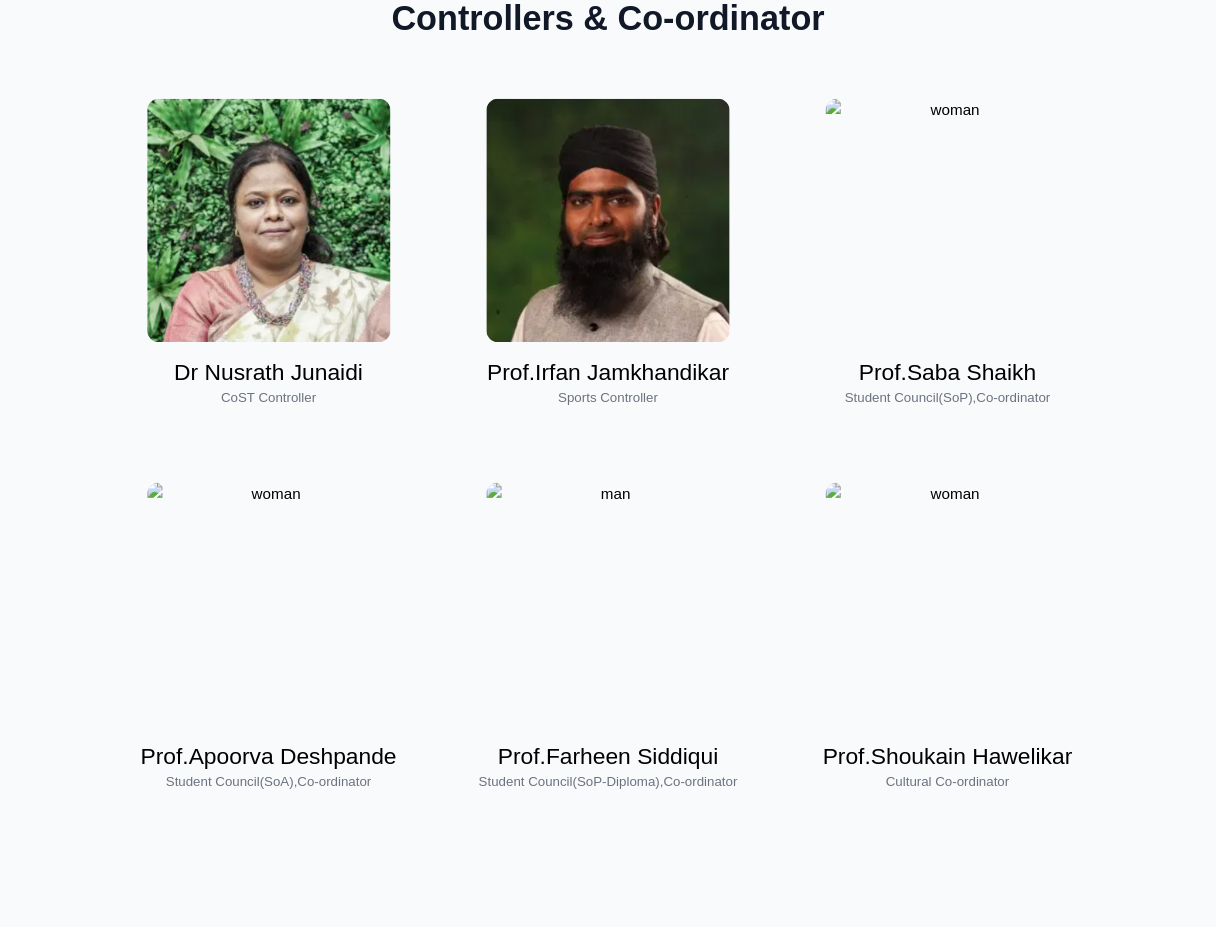
Repository: sshadulla22/Bonhomie2024
Page: Bonhomie 2024/Contr6ollers.html
An editor plug-in stored every save of this project. The page is shown before and after the next save, followed by the edit.
The browser window is 1280 px wide. The pictures show the whole page, at 95% of full size.
Some web libraries are served in a nearby version.

Above is the page before, as saved 2024-01-31 17:18:07.

After the next save:
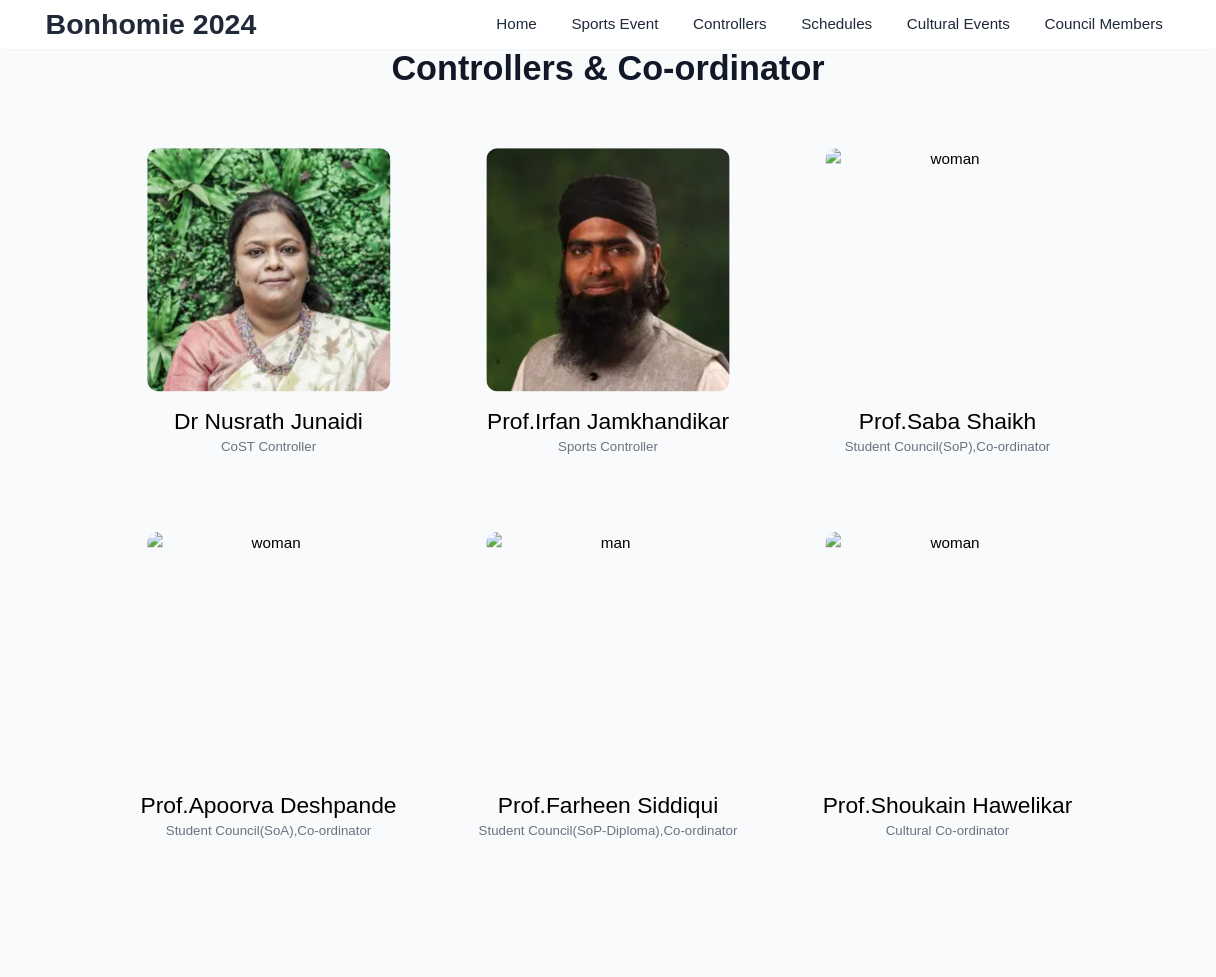
Saved 4 s later.
--- a/Bonhomie 2024/Contr6ollers.html
+++ b/Bonhomie 2024/Contr6ollers.html
@@ -31,6 +31,32 @@
   </head>
 
   </body>
+  <div class="w-full">
+    <nav class="bg-white shadow-lg">
+        <div class="md:flex items-center justify-between py-2 px-8 md:px-12">
+            <div class="flex justify-between items-center">
+               <div class="text-2xl font-bold text-gray-800 md:text-3xl">
+                    <a href="#">Bonhomie 2024</a>
+               </div>
+                <div class="md:hidden">
+                    <button type="button" class="block text-gray-800 hover:text-gray-700 focus:text-gray-700 focus:outline-none">
+                        <svg class="h-6 w-6 fill-current" viewBox="0 0 24 24">
+                            <path class="hidden" d="M16.24 14.83a1 1 0 0 1-1.41 1.41L12 13.41l-2.83 2.83a1 1 0 0 1-1.41-1.41L10.59 12 7.76 9.17a1 1 0 0 1 1.41-1.41L12 10.59l2.83-2.83a1 1 0 0 1 1.41 1.41L13.41 12l2.83 2.83z"/>
+                            <path d="M4 5h16a1 1 0 0 1 0 2H4a1 1 0 1 1 0-2zm0 6h16a1 1 0 0 1 0 2H4a1 1 0 0 1 0-2zm0 6h16a1 1 0 0 1 0 2H4a1 1 0 0 1 0-2z"/>
+                        </svg>
+                    </button>
+                </div>
+            </div>
+            <div class="flex flex-col md:flex-row hidden md:block -mx-2">
+                <a href="/index.html" class="text-gray-800 rounded hover:bg-blue-500 hover:text-gray-100 hover:font-medium py-2 px-2 md:mx-2">Home</a>
+                <a href="/EventsSports.html" class="text-gray-800 rounded hover:bg-blue-500  hover:text-gray-100 hover:font-medium py-2 px-2 md:mx-2">Sports Event</a>
+                <a href="/Contr6ollers.html" class="text-gray-800 rounded hover:bg-blue-500  hover:text-gray-100 hover:font-medium py-2 px-2 md:mx-2">Controllers</a>
+                <a href="/EventsSports.html" class="text-gray-800 rounded hover:bg-blue-500  hover:text-gray-100 hover:font-medium py-2 px-2 md:mx-2">Schedules</a>
+                <a href="/EventsClutural.html" class="text-gray-800 rounded hover:bg-blue-500  hover:text-gray-100 hover:font-medium py-2 px-2 md:mx-2">Cultural Events</a>
+                <a href="/Council Members.html" class="text-gray-800 rounded hover:bg-blue-500  hover:text-gray-100 hover:font-medium py-2 px-2 md:mx-2">Council Members</a>
+            </div>
+        </div>
+    </nav>
 <!-- component -->
 <div class="py-15 bg-gray-50">
     <div class="container mx-auto px-6 md:px-12 xl:px-32">
